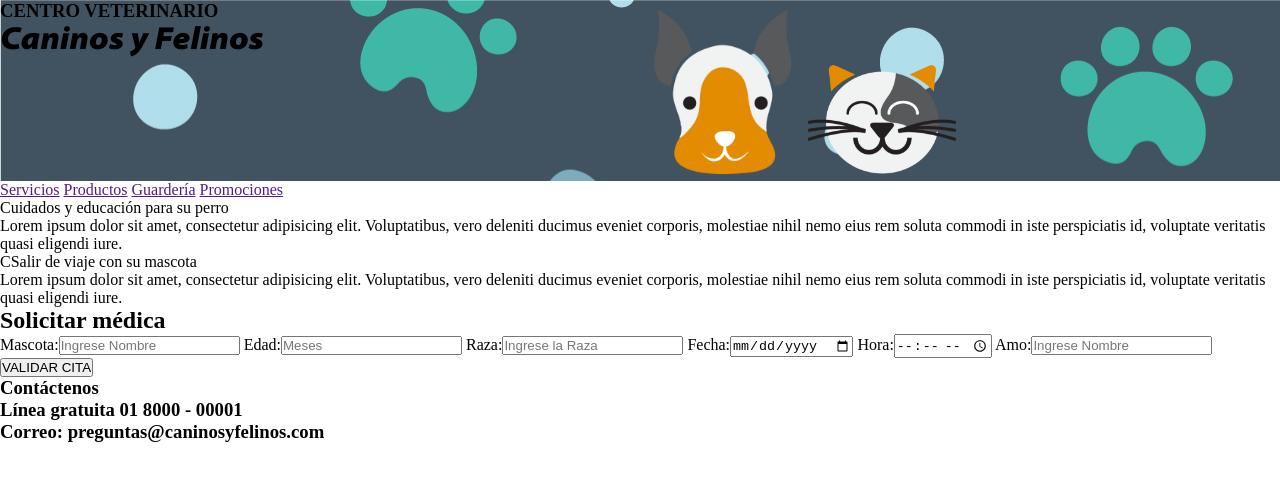
Repository: mariomr87/senaweb01
Page: principal.html
An editor plug-in stored every save of this project. The page is shown before and after the next save, followed by the edit.
The browser window is 1280 px wide. The pictures show the whole page.

Above is the page before, as saved 2021-09-26 20:23:17.

### principal.html
<!DOCTYPE html>
<html lang="en">
<head>
    <meta charset="UTF-8">
    <meta http-equiv="X-UA-Compatible" content="IE=edge">
    <meta name="viewport" content="width=device-width, initial-scale=1.0">
    <link rel="stylesheet" href="estilos.css">
    <title>Document</title>
</head>
<body>
    <div>
        <header>
            <div id="cabecera">
                <div class="header-text">
                    <h3>CENTRO VETERINARIO</h3>
                    <h1>Caninos y Felinos</h1>
                </div>
                <div class="header-text">
                    <img src="./imagenes/dog_white.png" alt="">
                    <img src="./imagenes/cat_white.png" alt="">
                </div>
            </div>
        </header>
        <nav>
            <td>
                <tr><a href="">Servicios</a></tr>
                <tr><a href="">Productos</a></tr>
                <tr><a href="">Guardería</a></tr>
                <tr><a href="">Promociones</a></tr>
            </td>
        </nav>
        <section>
            <article>
                <p>Cuidados y educación para su perro</p>
                <p>Lorem ipsum dolor sit amet, consectetur adipisicing elit. Voluptatibus, vero deleniti ducimus eveniet corporis, molestiae nihil nemo eius rem soluta commodi in iste perspiciatis id, voluptate veritatis quasi eligendi iure.</p>
            </article>
            <article>
                <p>CSalir de viaje con su mascota</p>
                <p>Lorem ipsum dolor sit amet, consectetur adipisicing elit. Voluptatibus, vero deleniti ducimus eveniet corporis, molestiae nihil nemo eius rem soluta commodi in iste perspiciatis id, voluptate veritatis quasi eligendi iure.</p>
            </article>
        </section>
        <aside>
            <form action="">
                <div><h2>Solicitar médica</h2></div>
                <div>
                    <label for="mascota_name">Mascota:</label><input type="text" placeholder="Ingrese Nombre" id="">
                    <label for="age_pet">Edad:</label><input type="number" name="" id="" placeholder="Meses">
                    <label for="raza_pet">Raza:</label><input type="text" name="" id="" placeholder="Ingrese la Raza">
                    <label for="fecha_ingreso_pet">Fecha:</label><input type="date" name="" id="">
                    <label for="hora_ingreso_pet">Hora:</label><input type="time" name="" id="">
                    <label for="amo_pet">Amo:</label><input type="text" name="" id="" placeholder="Ingrese Nombre">
                    <button type="submit">VALIDAR CITA</button>
                </div>
            </form>
        </aside>
        <footer>
            <h3>Contáctenos</h3>
            <h3>Línea gratuita 01 8000 - 00001</h3>
            <h3>Correo: preguntas@caninosyfelinos.com</h3>
        </footer>
    </div>
</body>
</html>

### estilos.css
*{
    margin: 0px;
    padding: 0px;
}

@font-face {
    font-family: Myriad_Pro ;
    src: url(./extra/MyriadProBlackSemiExtendedItalic.otf);
}

h1{
    font-family: Myriad_pro;
}
header div img{
    width: 25%;
}

header{

}

#cabecera{
    background-image: url("./imagenes/OPSEG70.jpg");
    background-repeat: initial;
    width: 100%;
    display: flex;


}

.header-text {
    width:50%;
}

After the next save:
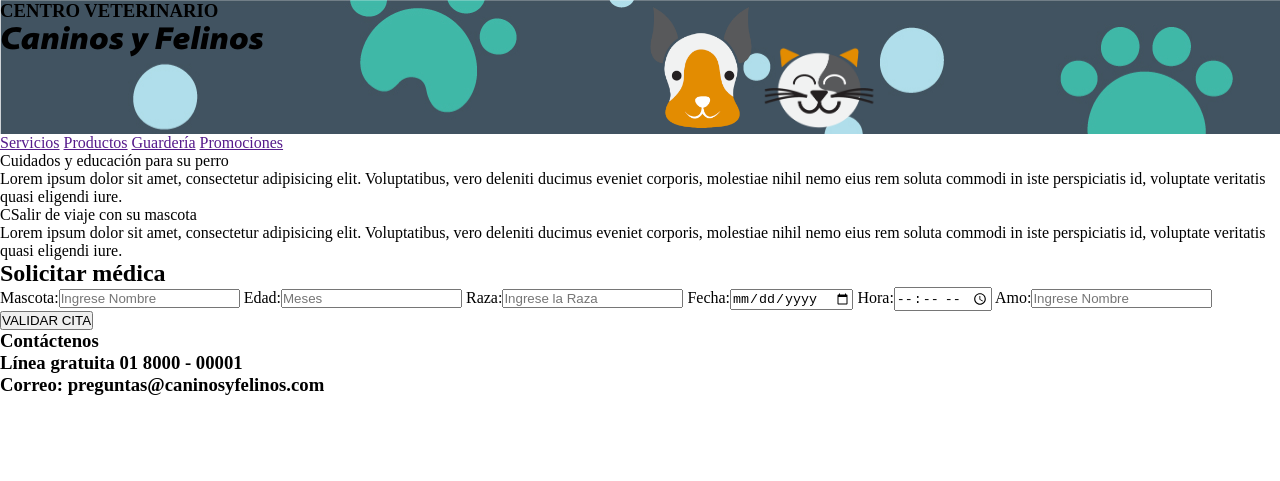
Saved 2 min 26 s later.
--- a/principal.html
+++ b/principal.html
@@ -15,7 +15,7 @@
                     <h3>CENTRO VETERINARIO</h3>
                     <h1>Caninos y Felinos</h1>
                 </div>
-                <div class="header-text">
+                <div class="header-img">
                     <img src="./imagenes/dog_white.png" alt="">
                     <img src="./imagenes/cat_white.png" alt="">
                 </div>

After the save that followed:
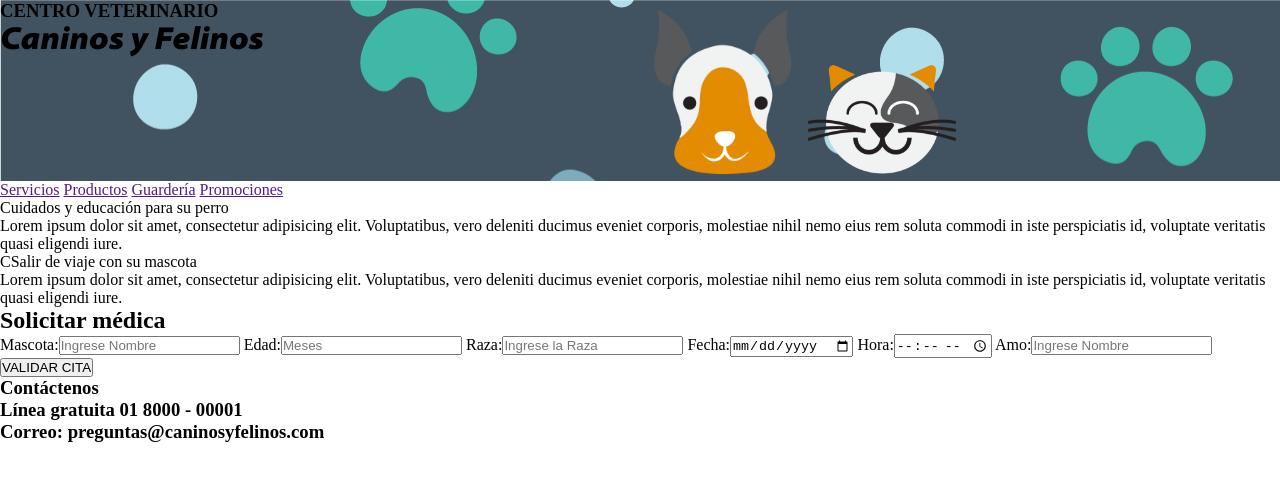
Saved 15 s later.
--- a/estilos.css
+++ b/estilos.css
@@ -28,6 +28,6 @@ header{
 
 }
 
-.header-text {
+.header-text,.header-img{
     width:50%;
 }
